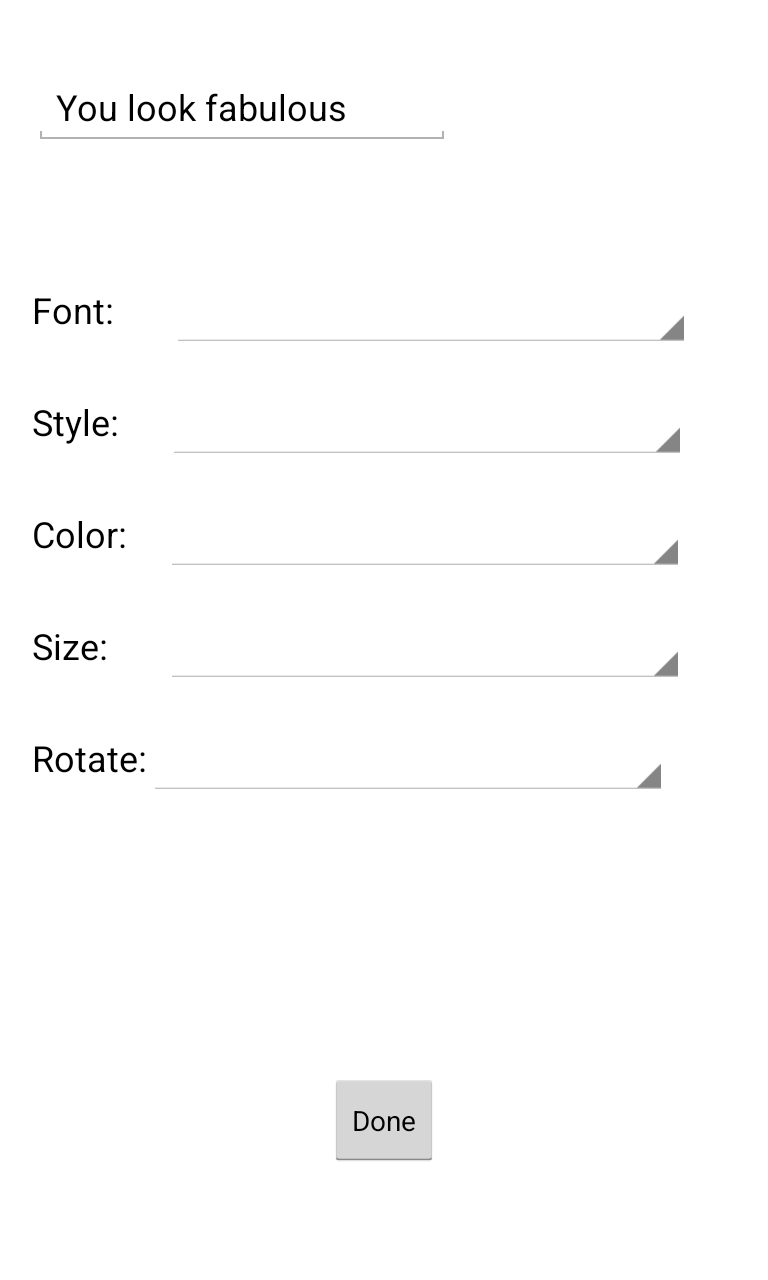
Repository: rtyanas/MyPics
Layout: workspace/MyPic/res/layout/activity_settings.xml
These files come from the project's save history. The layout is drawn as it stood at one moment and after the next save; the edit follows.
It is drawn on a 768 x 1280 px phone screen (xhdpi) without system bars, with theme AppTheme; the app's code is not run.

Above is the layout before, as saved 2013-12-17 19:57:27.

After the next save:
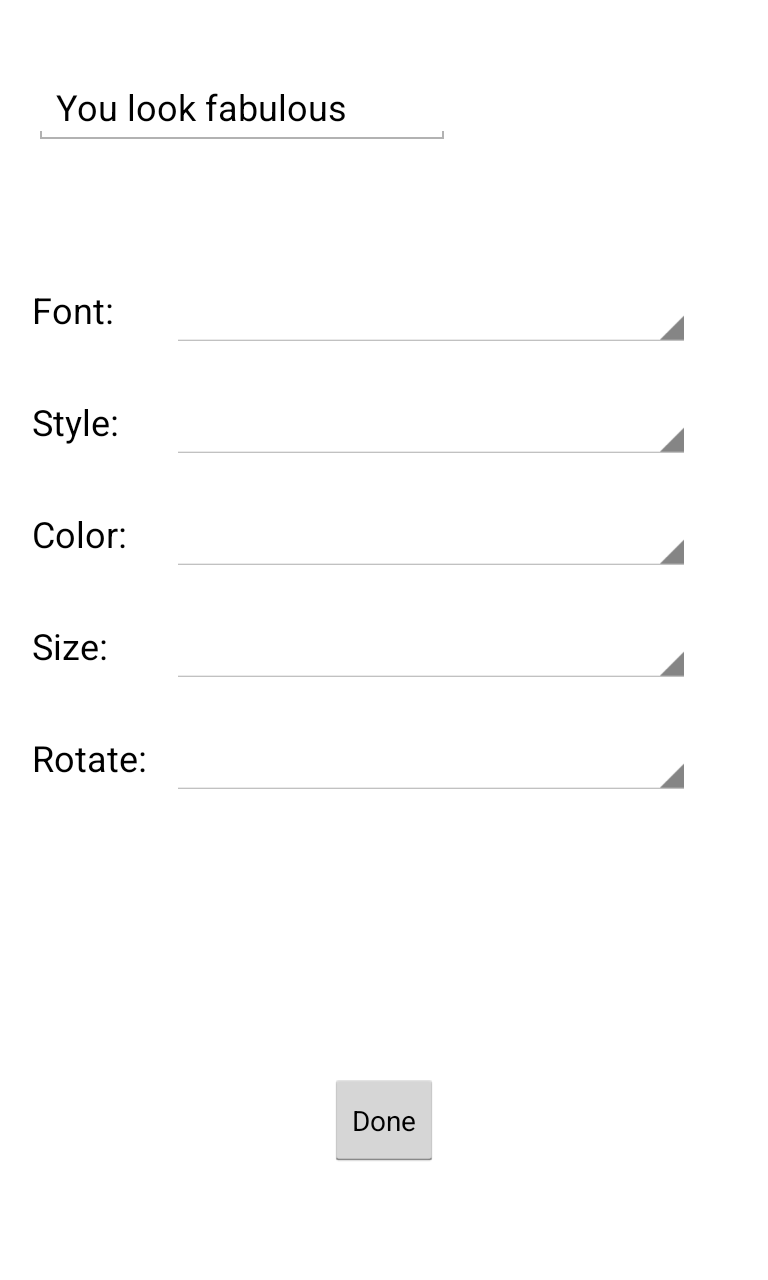
Saved 119 s later.
--- a/workspace/MyPic/res/layout/activity_settings.xml
+++ b/workspace/MyPic/res/layout/activity_settings.xml
@@ -59,7 +59,7 @@
 
         <TextView
             android:id="@+id/textView1"
-            android:layout_width="67dp"
+            android:layout_width="69dp"
             android:layout_height="wrap_content"
             android:text="@string/style"
             android:textAppearance="?android:attr/textAppearanceMedium" />
@@ -81,7 +81,7 @@
 
         <TextView
             android:id="@+id/textView3"
-            android:layout_width="66dp"
+            android:layout_width="69dp"
             android:layout_height="wrap_content"
             android:text="@string/color_label"
             android:textAppearance="?android:attr/textAppearanceMedium" />
@@ -103,7 +103,7 @@
 
         <TextView
             android:id="@+id/textView4"
-            android:layout_width="66dp"
+            android:layout_width="69dp"
             android:layout_height="wrap_content"
             android:text="@string/size_label"
             android:textAppearance="?android:attr/textAppearanceMedium" />
@@ -125,7 +125,7 @@
 
         <TextView
             android:id="@+id/textView5"
-            android:layout_width="wrap_content"
+            android:layout_width="69dp"
             android:layout_height="wrap_content"
             android:text="@string/rotate_label"
             android:textAppearance="?android:attr/textAppearanceMedium" />
